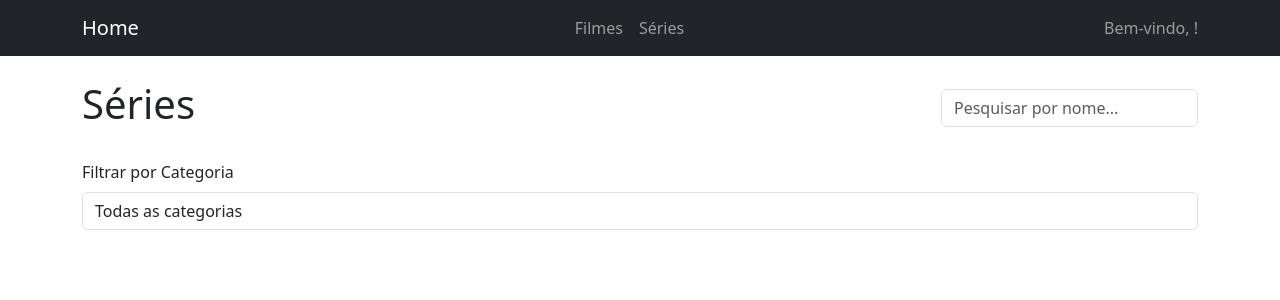
Repository: LeandroFariasMatos/Dev-web
Page: /Series (app in frontend/dev-web/)
The author's editor kept a copy of each file at every save. The page is drawn from the files as they stood at one save, then again after the next save.
The browser window is 1280 px wide. The pictures show the whole page.
The page's requests for data from a server got no answer. The project was rebuilt for these pictures with package versions that can differ from the ones it lists, and the page was loaded fresh each time. No one was signed in, and anything a server would have sent is missing. Also part of the build but not shown: frontend/dev-web/src/pages/Home.tsx, frontend/dev-web/src/components/FilmeCard.css, frontend/dev-web/src/components/FilmeCard.tsx, frontend/dev-web/src/services/FilmesApi.tsx, frontend/dev-web/src/pages/Filmes.tsx, frontend/dev-web/src/components/SerieCard.css, frontend/dev-web/src/components/SerieCard.tsx, frontend/dev-web/src/pages/Filme.tsx and 6 more.

Above is the page before, as saved 2024-07-07 16:44:54.

### frontend/dev-web/src/index.tsx
import React from 'react';
import ReactDOM from 'react-dom/client';
import './index.css';
import App from './App';
import reportWebVitals from './reportWebVitals';
import 'bootstrap/dist/css/bootstrap.min.css'

const root = ReactDOM.createRoot(
  document.getElementById('root') as HTMLElement
);
root.render(
  <React.StrictMode>
    <App />
  </React.StrictMode>
);

// If you want to start measuring performance in your app, pass a function
// to log results (for example: reportWebVitals(console.log))
// or send to an analytics endpoint. Learn more: https://bit.ly/CRA-vitals
reportWebVitals();

### frontend/dev-web/src/App.tsx
import { AppRoutes } from "./routes/routes";

function App(){
  return (
    <>
      <AppRoutes/>
    </>
  )
}

export default App;

### frontend/dev-web/src/routes/routes.tsx
import { BrowserRouter, Navigate, Route, Routes, useNavigate } from "react-router-dom"
import Home from "../pages/Home"
import Filmes from "../pages/Filmes"
import Series from "../pages/Series"
import Filme from "../pages/Filme"
import Serie from "../pages/Serie"
import AvaliarFilme  from "../pages/AvaliarFilme"
import AvaliarSerie  from "../pages/AvaliarSerie"
import Login from "../pages/Login"
import Cadastro from "../pages/Cadastro"

export const AppRoutes = () => {
    const user = JSON.parse(localStorage.getItem('user') || '{}');

    return (
        <BrowserRouter>
            <Routes>
                <Route path="/Home" element={user.nome ? <Home /> : <Navigate to="/Login" />} />
                <Route path="*" element={<Navigate to="/Login" />} />
                <Route path='/Filmes' element={<Filmes />}></Route>
                <Route path='/Series' element={<Series />}></Route>
                <Route path="/Filme/:id" element={<Filme />}></Route>
                <Route path="/Serie/:id" element={<Serie />}></Route>
                <Route path="/Avaliar/Filme/:id" element={<AvaliarFilme />}></Route>
                <Route path="/Avaliar/Serie/:id" element={<AvaliarSerie />}></Route>
                <Route path="/" element={<Navigate to="/Login" />} />
                <Route path="/Login" element={<Login />} />
                <Route path="/Cadastro" element={<Cadastro />} />
            </Routes>
        </BrowserRouter>
    )
}

### frontend/dev-web/src/pages/Series.tsx
import React, { useEffect, useState } from 'react';
import { Container, Row, Col, Spinner, Alert, Navbar, Nav, Button, Form, Modal, Pagination } from 'react-bootstrap';
import { Link, useNavigate } from 'react-router-dom';
import { SerieInter, fetchSeries } from '../services/SeriesApi';
import SerieCard from '../components/SerieCard';
import moment from 'moment';

const Series: React.FC = () => {
    const [series, setSeries] = useState<SerieInter[]>([]);
    const [loading, setLoading] = useState<boolean>(true);
    const [error, setError] = useState<string | null>(null);
    const [showModal, setShowModal] = useState<boolean>(false);
    const [newSerie, setNewSerie] = useState<Partial<SerieInter>>({
        nome: '',
        descricao: '',
        temporadas: 0,
        episodios: 0,
        categoria: '',
        dataDeLancamento: ''
    });
    const [formattedDate, setFormattedDate] = useState<string>('');
    const [currentPage, setCurrentPage] = useState<number>(1);
    const [selectedCategory, setSelectedCategory] = useState<string>('');
    const [searchText, setSearchText] = useState<string>('');
    const seriesPerPage = 9;
    const user = JSON.parse(localStorage.getItem('user') || '{}');
    const userName = user.nome || '';
    const navigate = useNavigate();

    useEffect(() => {
        const getSeries = async () => {
            try {
                const series = await fetchSeries();
                setSeries(series);
                setLoading(false);
            } catch (error) {
                setError('Erro ao buscar as séries');
                setLoading(false);
            }
        };

        getSeries();
    }, []);

    useEffect(() => {
        if (error) {
            const timer = setTimeout(() => setError(null), 3000);
            return () => clearTimeout(timer);
        }
    }, [error]);

    const handleShowModal = () => setShowModal(true);
    const handleCloseModal = () => setShowModal(false);

    const handleChange = (e: React.ChangeEvent<HTMLInputElement | HTMLTextAreaElement | HTMLSelectElement>) => {
        const { name, value } = e.target;

        if (name === 'dataDeLancamento') {
            setFormattedDate(value);
            const formattedDate = moment(value, 'YYYY-MM-DD').format('DD/MM/YYYY');
            setNewSerie(prevState => ({
                ...prevState,
                [name]: formattedDate
            }));
        } else {
            setNewSerie(prevState => ({
                ...prevState,
                [name]: name === 'temporadas' || name === 'episodios' ? parseInt(value) : value
            }));
        }
    };

    const handleSubmit = async (e: React.FormEvent) => {
        e.preventDefault();
        const data = {
            nome: newSerie.nome,
            descricao: newSerie.descricao,
            temporadas: newSerie.temporadas,
            episodios: newSerie.episodios,
            categoria: newSerie.categoria,
            dataDeLancamento: newSerie.dataDeLancamento
        };
        try {
            const response = await fetch('http://localhost:8080/series', {
                method: 'POST',
                headers: {
                    'Content-Type': 'application/json'
                },
                body: JSON.stringify(data)
            });

            if (!response.ok) {
                throw new Error('Erro ao adicionar série');
            }

            const addedSerie = await response.json();
            setSeries([...series, addedSerie]);
            handleCloseModal();
        } catch (error) {
            console.error('Erro ao adicionar série', error);
            setError('Erro ao adicionar série');
        }
    };

    const indexOfLastSerie = currentPage * seriesPerPage;
    const indexOfFirstSerie = indexOfLastSerie - seriesPerPage;
    const filteredSeries = series
        .filter(serie => selectedCategory === '' || serie.categoria === selectedCategory)
        .filter(serie => searchText === '' || serie.nome.toLowerCase().includes(searchText.toLowerCase())); // Filtragem por nome

    const currentSeries = filteredSeries.slice(indexOfFirstSerie, indexOfLastSerie);

    const paginate = (pageNumber: number) => setCurrentPage(pageNumber);

    const handleSearchChange = (e: React.ChangeEvent<HTMLInputElement>) => {
        setSearchText(e.target.value);
    };

    return (
        <>
            <Navbar bg="dark" variant="dark">
                <Container>
                    <Navbar.Brand href="/Home">Home</Navbar.Brand>
                    <Nav className="mr-auto">
                        <Nav.Link href="/Filmes">Filmes</Nav.Link>
                        <Nav.Link href="/Series">Séries</Nav.Link>
                    </Nav>
                    <Navbar.Text>
                        Bem-vindo, {userName}!
                    </Navbar.Text>
                </Container>
            </Navbar>
            <Container>
                <div className="d-flex justify-content-between align-items-center my-4">
                    <h1>Séries</h1>
                    <div className="d-flex align-items-center">
                        <Form.Control
                            type="text"
                            placeholder="Pesquisar por nome..."
                            value={searchText}
                            onChange={handleSearchChange}
                        />
                        {user && user.role === 'ADMIN' && (
                            <Button variant="primary" className="ml-2" onClick={handleShowModal}>Adicionar Série</Button>
                        )}
                    </div>
                </div>
                {loading && <Spinner animation="border" />}
                {error && <Alert variant="danger">{error}</Alert>}
                <Form.Group controlId="formCategoriaFilter" className="mb-4">
                    <Form.Label>Filtrar por Categoria</Form.Label>
                    <Form.Control
                        as="select"
                        value={selectedCategory}
                        onChange={(e) => setSelectedCategory(e.target.value)}
                    >
                        <option value="">Todas as categorias</option>
                        <option value="DRAMA">Drama</option>
                        <option value="COMEDIA">Comédia</option>
                        <option value="ROMANCE">Romance</option>
                        <option value="TERROR">Terror</option>
                        <option value="FICCAO_CIENTIFICA">Ficção Científica</option>
                        <option value="ACAO">Ação</option>
                        <option value="MUSICAL">Musical</option>
                        <option value="ESPORTE">Esporte</option>
                    </Form.Control>
                </Form.Group>
                <Row>
                    {currentSeries.map(serie => (
                        <Col key={serie.id} sm={12} md={6} lg={4} className="mb-4">
                            <SerieCard serie={serie} />
                        </Col>
                    ))}
                </Row>
                <Pagination>
                    {[...Array(Math.ceil(filteredSeries.length / seriesPerPage)).keys()].map(number => (
                        <Pagination.Item key={number + 1} active={number + 1 === currentPage} onClick={() => paginate(number + 1)}>
                            {number + 1}
                        </Pagination.Item>
                    ))}
                </Pagination>
            </Container>

            <Modal show={showModal} onHide={handleCloseModal}>
                <Modal.Header closeButton>
                    <Modal.Title>Adicionar Série</Modal.Title>
                </Modal.Header>
                <Modal.Body>
                    <Form onSubmit={handleSubmit}>
                        <Form.Group controlId="formNome">
                            <Form.Label>Nome</Form.Label>
                            <Form.Control
                                type="text"
                                name="nome"
                                value={newSerie.nome}
                                onChange={handleChange}
                                required
                            />
                        </Form.Group>
                        <Form.Group controlId="formDescricao">
                            <Form.Label>Descrição</Form.Label>
                            <Form.Control
                                as="textarea"
                                name="descricao"
                                value={newSerie.descricao}
                                onChange={handleChange}
                                required
                            />
                        </Form.Group>
                        <Form.Group controlId="formTemporadas">
                            <Form.Label>Temporadas</Form.Label>
                            <Form.Control
                                type="number"
                                name="temporadas"
                                value={newSerie.temporadas}
                                onChange={handleChange}
                                min="0"
                                required
                            />
                        </Form.Group>
                        <Form.Group controlId="formEpisodios">
                            <Form.Label>Episódios</Form.Label>
                            <Form.Control
                                type="number"
                                name="episodios"
                                value={newSerie.episodios}
                                onChange={handleChange}
                                min="0"
                                required
                            />
                        </Form.Group>
                        <Form.Group controlId="formCategoria">
                            <Form.Label>Categoria</Form.Label>
                            <Form.Control
                                as="select"
                                name="categoria"
                                value={newSerie.categoria}
                                onChange={handleChange}
                                required
                            >
                                <option value="">Selecione uma categoria</option>
                                <option value="DRAMA">Drama</option>
                                <option value="COMEDIA">Comédia</option>
                                <option value="ROMANCE">Romance</option>
                                <option value="TERROR">Terror</option>
                                <option value="FICCAO_CIENTIFICA">Ficção Cientifica</option>
                                <option value="ACAO">Ação</option>
                                <option value="MUSICAL">Musical</option>
                                <option value="ESPORTE">Esporte</option>
                            </Form.Control>
                        </Form.Group>
                        <Form.Group controlId="formDataDeLancamento">
                            <Form.Label>Data de Lançamento</Form.Label>
                            <Form.Control
                                type="date"
                                name="dataDeLancamento"
                                value={formattedDate}
                                onChange={handleChange}
                                required
                            />
                        </Form.Group>
                        <Button variant="primary" type="submit">
                            Adicionar
                        </Button>
                    </Form>
                </Modal.Body>
            </Modal>
        </>
    );
};

export default Series;

### frontend/dev-web/src/services/SeriesApi.tsx
export interface SerieInter {
    id: number;
    nome: string;
    descricao: string;
    temporadas: number;
    episodios: number;
    categoria: string;
    dataDeLancamento: string;
}

const API_URL = 'http://localhost:8080/series';

export const fetchSeries = async (): Promise<SerieInter[]> => {
    const response = await fetch(API_URL);
    if (!response.ok){
        throw new Error('Erro buscar os series');
    }
    return response.json();
}

export const fetchSerieById = async (id: string): Promise<SerieInter> => {
    const response = await fetch(API_URL+'/SerieById/'+id);
    if (!response.ok){
        throw new Error('Erro buscar a serie');
    }
    return response.json();
}

Loaded but not shown: frontend/dev-web/public/index.html (common file); frontend/dev-web/src/index.css (common file); frontend/dev-web/src/reportWebVitals.ts (common file)

After the next save:
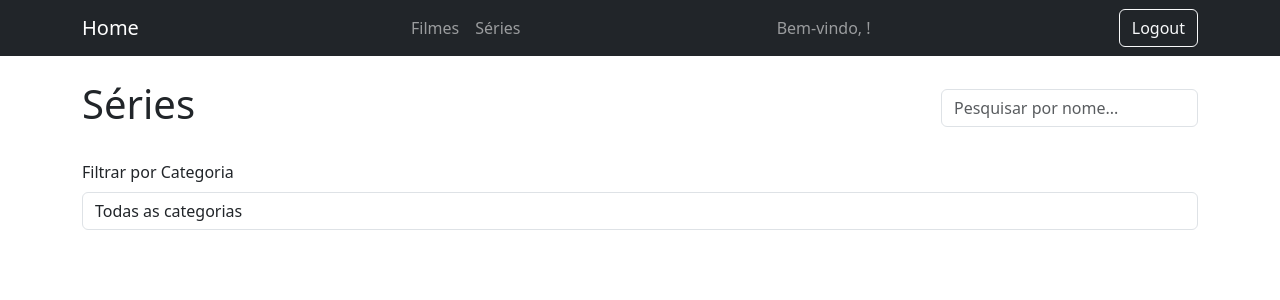
Saved 4 s later.
--- a/frontend/dev-web/src/pages/Series.tsx
+++ b/frontend/dev-web/src/pages/Series.tsx
@@ -116,18 +116,24 @@ const Series: React.FC = () => {
         setSearchText(e.target.value);
     };
 
+    const handleLogout = () => {
+        localStorage.removeItem('user');
+        navigate('/Login');
+      };
+
     return (
         <>
             <Navbar bg="dark" variant="dark">
                 <Container>
-                    <Navbar.Brand href="/Home">Home</Navbar.Brand>
-                    <Nav className="mr-auto">
-                        <Nav.Link href="/Filmes">Filmes</Nav.Link>
-                        <Nav.Link href="/Series">Séries</Nav.Link>
-                    </Nav>
-                    <Navbar.Text>
-                        Bem-vindo, {userName}!
-                    </Navbar.Text>
+                <Navbar.Brand href="/Home">Home</Navbar.Brand>
+                <Nav className="mr-auto">
+                    <Nav.Link href="/Filmes">Filmes</Nav.Link>
+                    <Nav.Link href="/Series">Séries</Nav.Link>
+                </Nav>
+                <Navbar.Text className="mr-3">
+                    Bem-vindo, {user?.nome}!
+                </Navbar.Text>
+                <Button variant="outline-light" onClick={handleLogout}>Logout</Button>
                 </Container>
             </Navbar>
             <Container>
